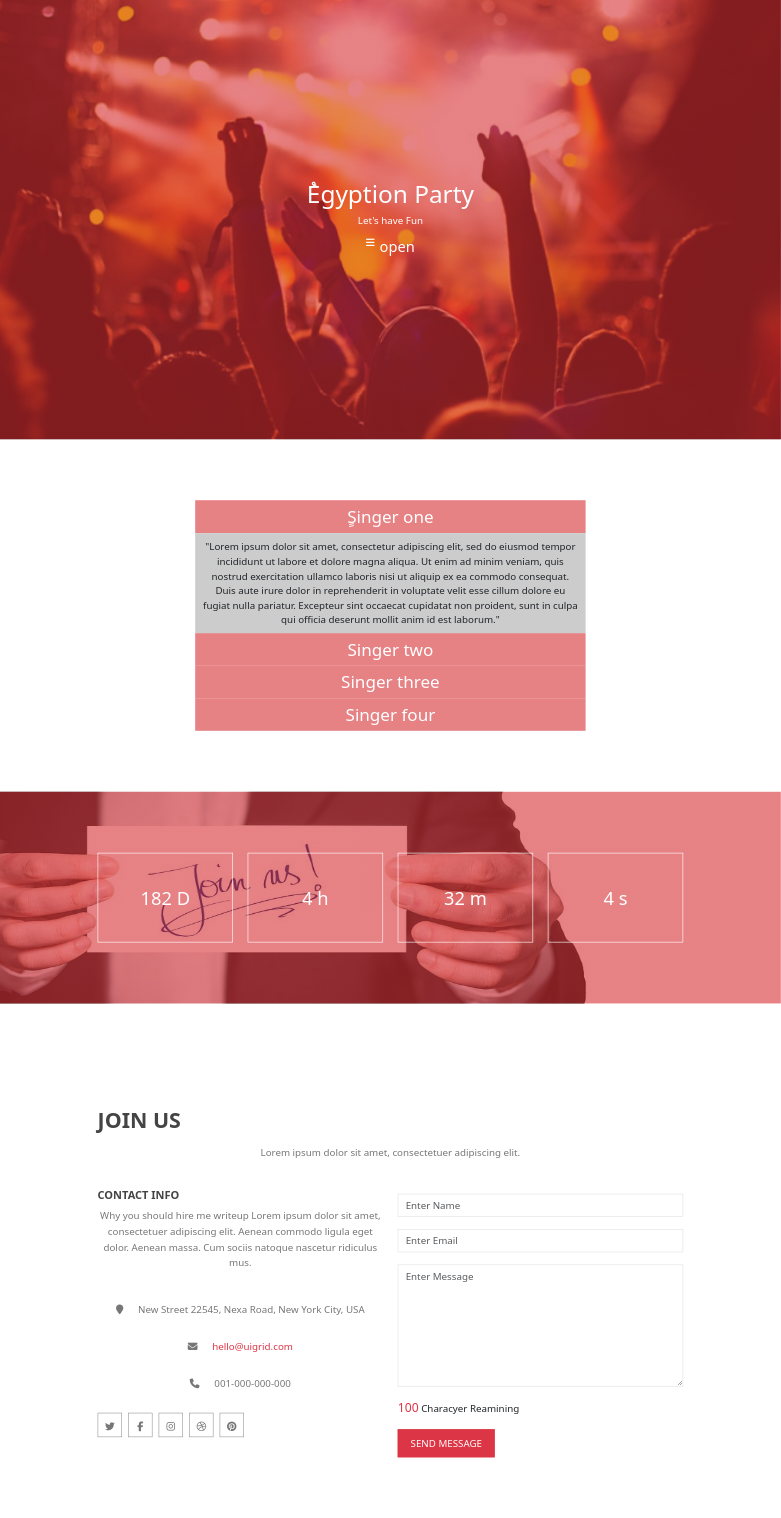
Repository: HagarYousry/jQuery
Page: index.html
The author's editor kept a copy of each file at every save. The page is drawn from the files as they stood at one save, then again after a run of saves.
The browser window is 1280 px wide. The pictures show the whole page, at 61% of full size.

Above is the page before, as saved 2024-07-25 19:33:11.

After the next 2 saves:
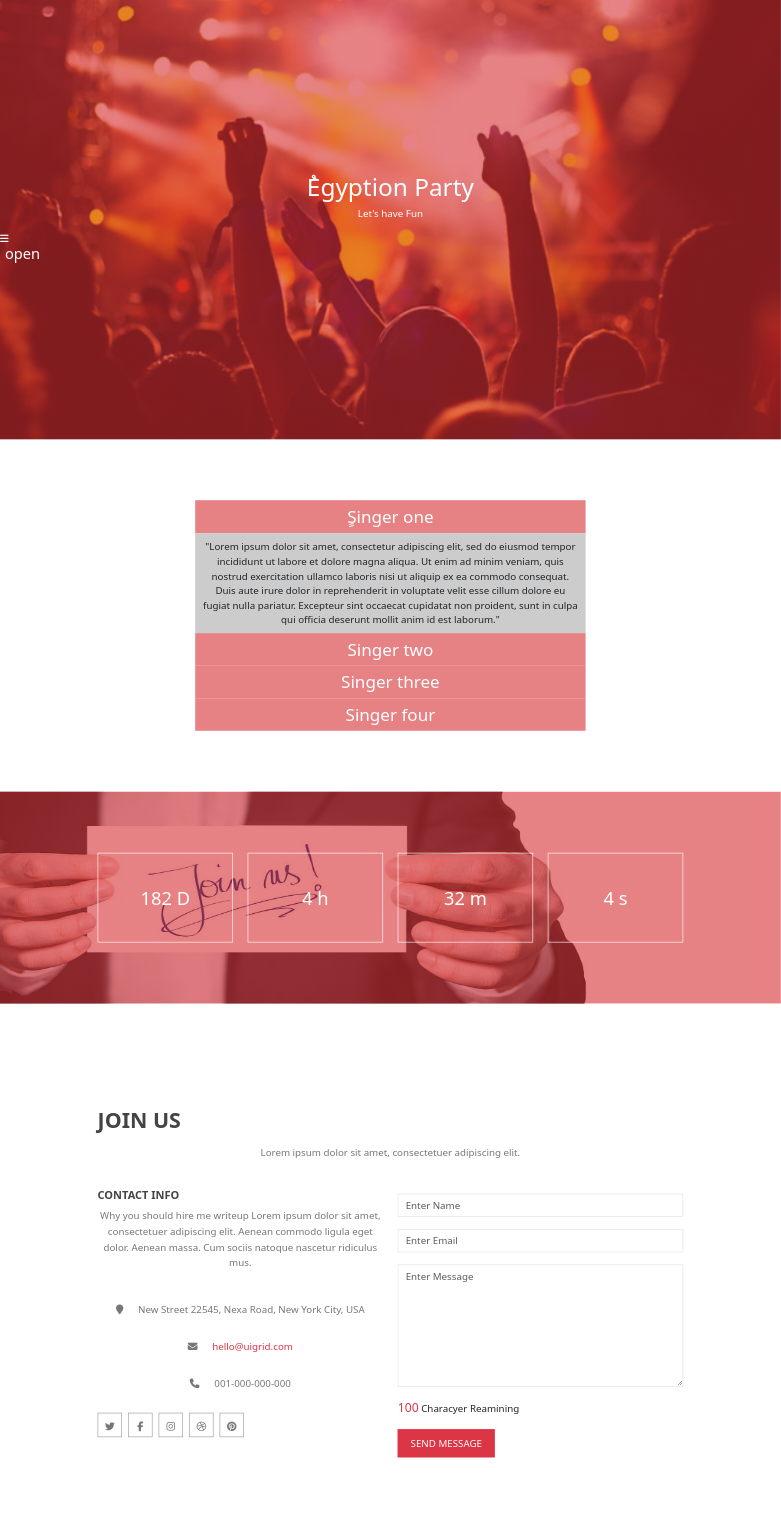
The 2 saves are shown as one change because they came seconds apart.
The last was saved 14 s later.
--- a/index.html
+++ b/index.html
@@ -29,7 +29,7 @@
             <div class="home-title d-flex justify-content-center align-items-center flex-column vh-100 text-white">
                 <h1>ُEgyption Party</h1>
                 <p>Let's have Fun</p>
-                <span class="navIcon d-flex align-items-start">
+                <span class="navIcon align-self-start">
                     <i class=" fa-solid fa-bars"></i>
                     <h4 class="ms-2">open</h4>
                 </span>
